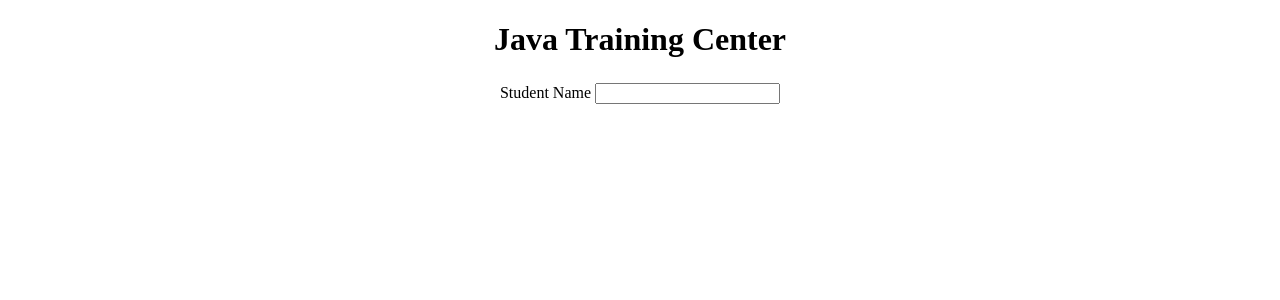
Repository: avinashxr10/Java-Codes
Page: http://localhost/JSP4/
The author's editor kept a copy of each file at every save. The page is drawn from the files as they stood at one save, then again after the next save.
The browser window is 1280 px wide. The pictures show the whole page.
The page is served by Tomcat 9. Other server files are loaded and not shown.

Above is the page before, as saved 2021-12-30 12:50:52.

### JSP/JSP4/src/main/webapp/index.jsp
<%@ page language="java" contentType="text/html; charset=ISO-8859-1"
	pageEncoding="ISO-8859-1"%>
<!DOCTYPE html PUBLIC "-//W3C//DTD HTML 4.01 Transitional//EN" "http://www.w3.org/TR/html4/loose.dtd">
<html>
<head>
<meta http-equiv="Content-Type" content="text/html; charset=ISO-8859-1">
<title>Insert title here</title>
</head>
<body>
	<center>
		<h1>Java Training Center</h1>
		<form action="test.jtc" method="post">
			<table>
				<tr>
					<td>Student Name</td>
					<td><input type="text" name="sname"></td>
				</tr>
			</table>

		</form>
	</center>
</body>
</html>

After the next save:
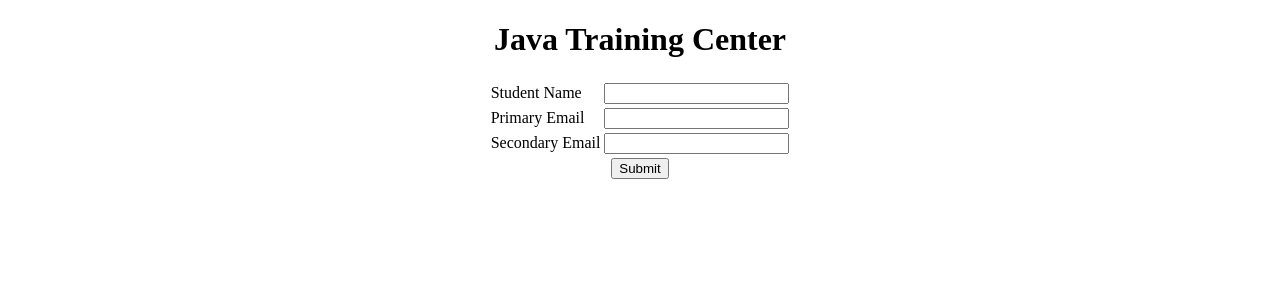
Saved 3 min 38 s later.
--- a/JSP/JSP4/src/main/webapp/index.jsp
+++ b/JSP/JSP4/src/main/webapp/index.jsp
@@ -13,7 +13,19 @@
 			<table>
 				<tr>
 					<td>Student Name</td>
-					<td><input type="text" name="sname"></td>
+					<td><input type="text" name="sname" />
+				</tr>
+				<tr>
+					<td>Primary Email</td>
+					<td><input type="text" name="email" />
+				</tr>
+				<tr>
+					<td>Secondary Email</td>
+					<td><input type="text" name="email"></td>
+				</tr>
+				<tr>
+					<td colspan="2" align="center"><input type="submit"
+						value="Submit" /></td>
 				</tr>
 			</table>
 
